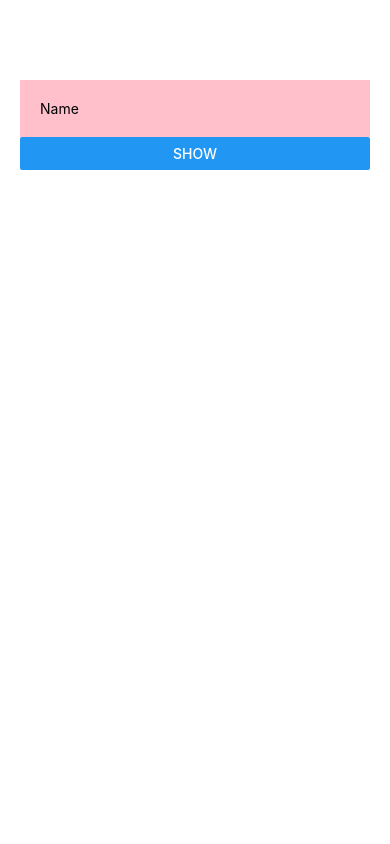
Repository: akinmiday/ReactNativeApp
Screen: /
These files come from the project's save history. The screen is drawn as it stood at one moment and after the next save; the edit follows.
The app was drawn by React Native's web renderer in a window 390 px wide. The project was rebuilt for these pictures with package versions that can differ from the ones it lists, and the page was loaded fresh each time.

Above is the screen before, as saved 2023-08-05 04:45:09.

### App.js
import { View, Text, Button, TextInput } from "react-native";
import styles from "./styles";
import { useState } from "react";
import Display from "./Display";

export default function App() {
  const { container, input } = styles;
  const [name, setName] = useState();

  return (
    <View style={container}>
      <TextInput
        style={input}
        placeholder="Name"
        onChangeText={(text) => setName(text)}
      />
      <Button title="Show" />
    </View>
  );
}

### styles.js
import { StyleSheet } from "react-native";

const styles = StyleSheet.create({
  container: {
    marginTop: 40,
    padding: 20,
    backgroundColor: "#fff",
    flex: 1,
  },
  input: {
    backgroundColor: "pink",
    marginTop: 20,
    padding: 20,
  },
  text: {
    fontSize: 20,
    color: "blue",
  },
});

export default styles;

### Display.js
import { View, Text } from "react-native";
import React from "react";
import styles from "./styles";

export default function Display() {
  const { container, text } = styles;
  return (
    <View style={container}>
      <Text style={text}>Display</Text>
    </View>
  );
}

After the next save:
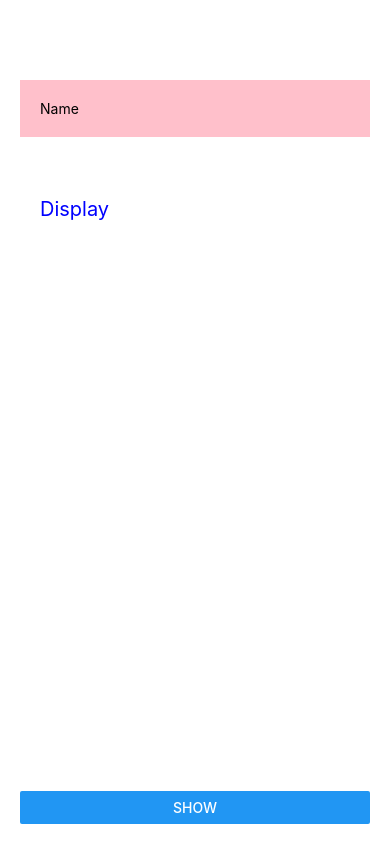
Saved 73 s later.
--- a/App.js
+++ b/App.js
@@ -14,6 +14,8 @@ export default function App() {
         placeholder="Name"
         onChangeText={(text) => setName(text)}
       />
+
+      <Display name={name} />
       <Button title="Show" />
     </View>
   );
